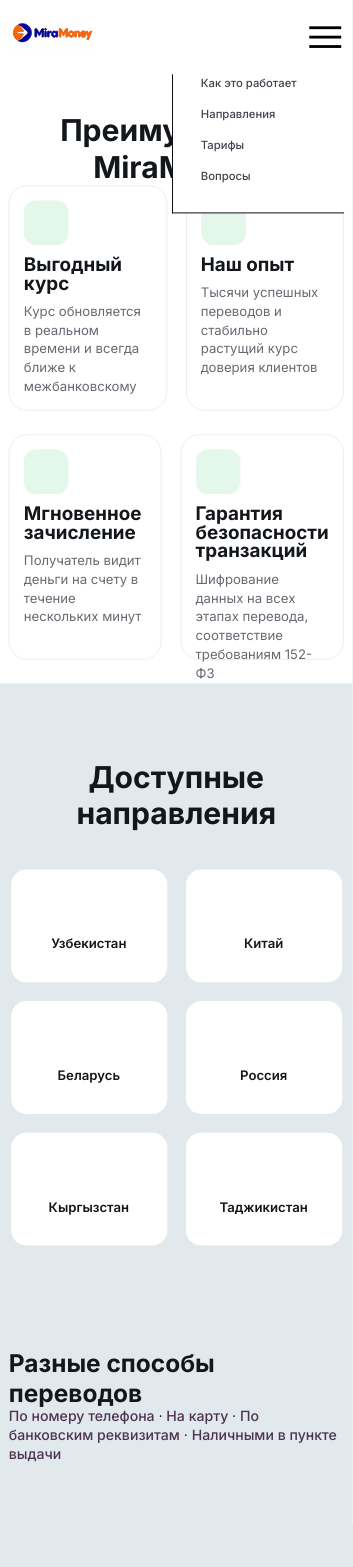
Repository: Shaiyr1/mira-money
Page: index.html
These files come from the project's save history. The page is drawn as it stood at one moment and after the next save; the edit follows.
The browser window is 375 px wide. The pictures show the whole page, at 94% of full size.
After loading, the first visible `div.header-menu` was clicked once.

Above is the page before, as saved 2026-10-26 16:41:02.

After the next save:
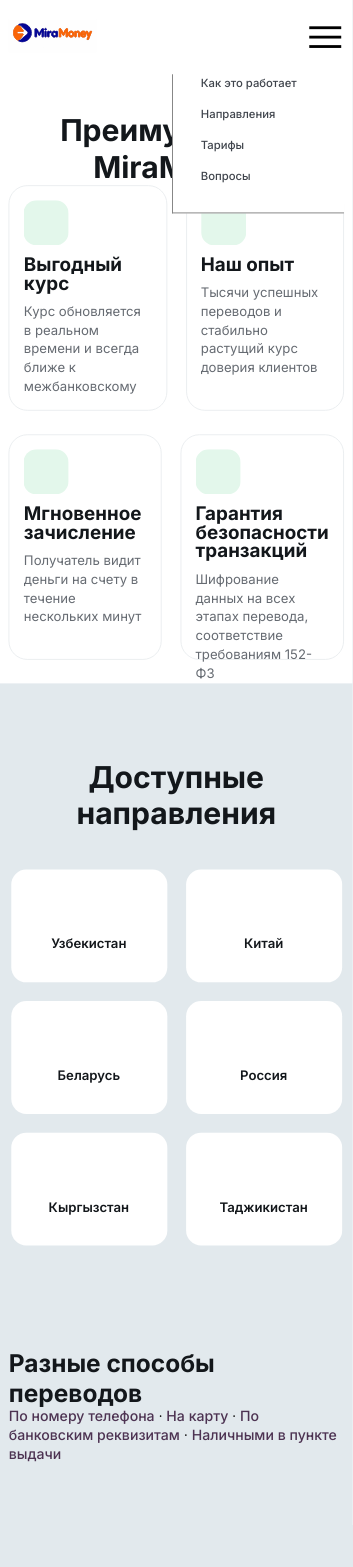
Saved 24 s later.
--- a/src/css/style.css
+++ b/src/css/style.css
@@ -309,8 +309,8 @@
         display: flex;
         flex-direction: column;
         align-items: flex-start;
-        border-left: 1px solid black;
-        border-bottom: 1px solid black;
+        border-left: 1px solid gray;
+        border-bottom: 1px solid gray;
     }
     h2 {
         font-size: 24px;
